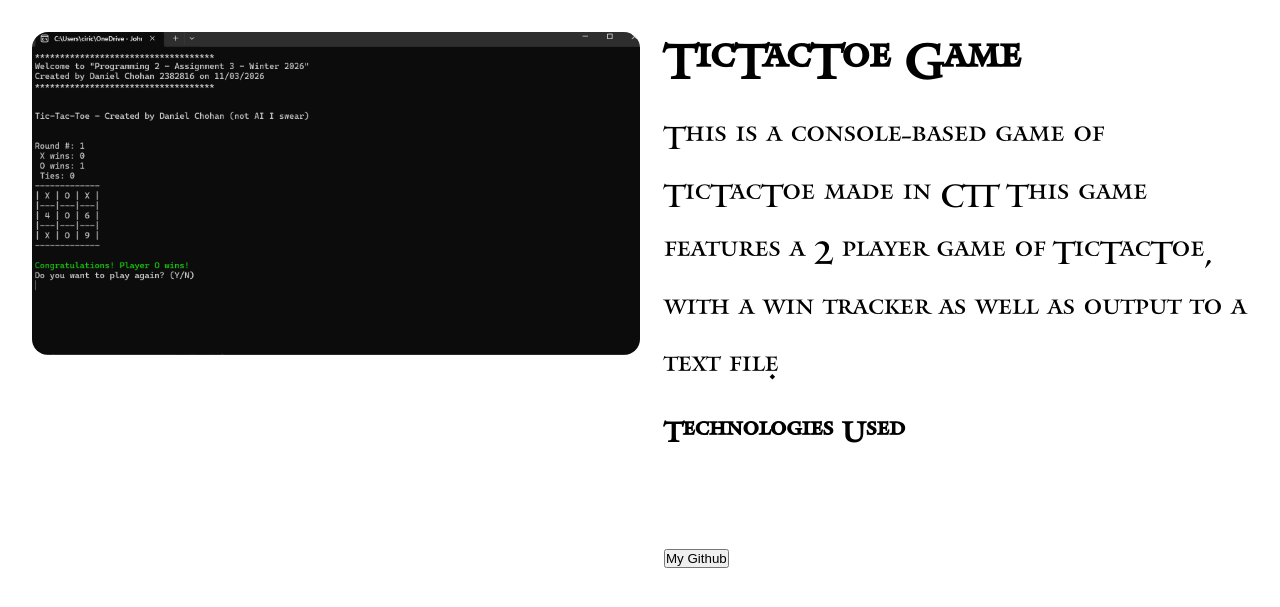
Repository: danielchohan/danielchohan
Page: pages/tictactoe.html
These files come from the project's save history. The page is drawn as it stood at one moment and after the next save; the edit follows.
The browser window is 1280 px wide. The pictures show the whole page.

Above is the page before, as saved 2026-05-08 19:32:05.

### pages/tictactoe.html
<!DOCTYPE html>
<html lang="en">
<head>
    <meta charset="UTF-8">
    <meta name="viewport" content="width=device-width, initial-scale=1.0">
    <title>TicTacToe Game</title>
    <link rel="stylesheet" href="../styles/projectcard.css">
    <link rel="stylesheet" href="../styles/global.css">

</head>

<section class="projectcard">

<img alt="Screenshot of a round of TicTacToe" src="../assets/images/tictactoe.png">

<div class="projectinfo">
    <h1>TicTacToe Game</h1>

    <p> This is a console-based game of TicTacToe made in C#
        This game features a 2 player game of TicTacToe, with a win tracker as well as output to a text file.
     </p>

     <h2> Technologies Used </h2>
     <ul>
        <li>C#</li>
        <li>.NET Frameworks</li>
        <li>2D Arrays</li>
     </ul>

     <div class="projectbutton">
        <a href="https://github.com/danielchohan/TicTacToe">
            <button>My Github</button>
        </a>
     </div>

</div>

</section>
<body>

</body>
</html>

### styles/projectcard.css

.projectcard{
    display:flex;
    flex-direction:column;
    gap:1.5rem;
    padding:1.5rem;
}

.projectcard img{
    width:100%;
    border-radius:1rem;
    object-fit: cover;
}

.projectinfo{
    display:flex;
    flex-direction:column;
    gap:1rem;
}

.projectinfo h1{
    font-size:2rem;
    color:white;
}

.projectinfo p{
    line-height:1.8;
    font-size: 1rem;
    color:white;
}
.projectinfo h2{
    font-size:1.5rem;
    color:white;
}

.projectinfo ul{
    padding-left: 1.5rem;
    color:white;
}

.projectbutton{
    display:flex;
    gap:1rem;
    flex-wrap:wrap;
}

.projectbuttons a{
    padding: 0.6em 1.2em;
    font-size: 1rem;
    border:none;
    border-radius:0.4rem;
    background:white;
    color:black;
}

@media(min-width: 768px){
    .projectcard{
        padding:2rem;
    }
    .projectinfo h1{
        font-size:2.5rem;
        color:black;
    }
    .projectinfo p{
        font-size:2rem;
        color:black;
    }
    .projectinfo h2{
        font-size:1.75rem;
        color:black;
    }
}

@media (min-width:1024px) {
    .projectcard{
        flex-direction: row;
        align-items:flex-start;
    }

    .projectinfo h1{
        font-size:3rem;
        color:black;
    }

    .projectcard img{
        width:50%;
    }
    .projectinfo{
        width:50%;
    }
}

### styles/global.css
@font-face {
    font-family: EldenFont;
    src: url(../assets/fonts/Mantinia\ Regular.otf);
    font-weight: normal;
    font-style: normal;
}
body{
    font-family:EldenFont, serif;
}
*{
    margin: 0;
    padding: 0;
    box-sizing: border-box;
}
.pagebg{
    min-height: 100vh;
    width:100%;

   background: url(../assets/images/Liurnia.jpg);
    background-size:cover;
    display:flex;
    justify-content: center;
    align-items: center;

    padding: 1rem;
}

/* Nav Bar */
.logo{
    font-size: 1.5rem;
    display:flex;

}
.topbar{
    position:fixed;
    top:0;
    width:100%;
    padding:  1rem 2rem;
    display: flex;
    justify-content: space-between;
    align-items: center;
    background:rgba(0,0,0,0.4);
    backdrop-filter:blur(4px);
    color:white;
    z-index: 10;
}
/* Mobile option first */
.navlinks{
    display:none;
}
.navlinks.active{
    display:flex;
    flex-direction: column;
    position:absolute;
    list-style: none;
    top:100%;
    right:0;
    width:100%;
    background:rgba(0,0,0,0.4);
    text-align: center;
}

.navlinks a{
    color: white;
    font-size: 1.75rem;
}

.burgerbar{
    display:flex;
    flex-direction: column;
    gap:0.35rem;
    cursor:pointer;
}
.burgerbar span{
    width:1.7rem;
    height:0.2rem;
    background:white;
    border-radius: 2rem;;
}
@media (min-width:768px) {
    .burgerbar{
        display:none;
    }
    .navlinks{
        display:flex;
        list-style: none;
        gap:3rem;
    }
}
@media(min-width:1024px){
    .navlinks{
        gap:4rem;
    }
    .logo{
        font-size:1.8rem;
    }
}

After the next save:
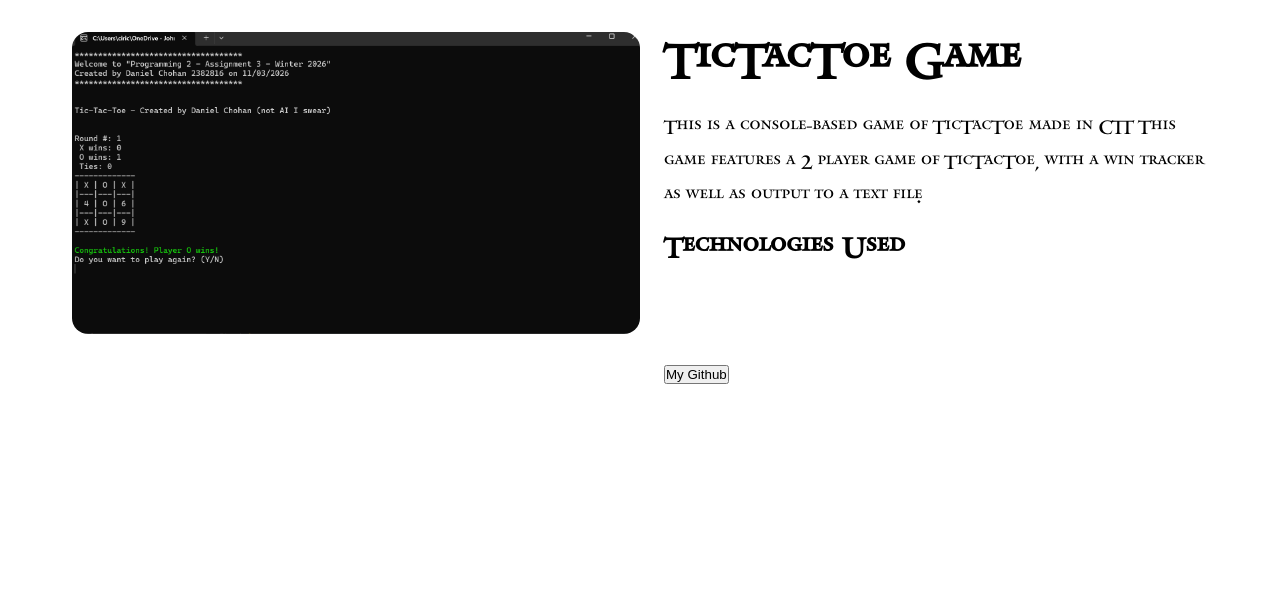
Saved 81 s later.
--- a/styles/projectcard.css
+++ b/styles/projectcard.css
@@ -4,12 +4,15 @@
     flex-direction:column;
     gap:1.5rem;
     padding:1.5rem;
+    max-width:1200px;
+    margin: 0 auto;
 }
 
 .projectcard img{
     width:100%;
     border-radius:1rem;
     object-fit: cover;
+    max-height: 400px;
 }
 
 .projectinfo{
@@ -62,7 +65,7 @@
         color:black;
     }
     .projectinfo p{
-        font-size:2rem;
+        font-size:1.2rem;
         color:black;
     }
     .projectinfo h2{
